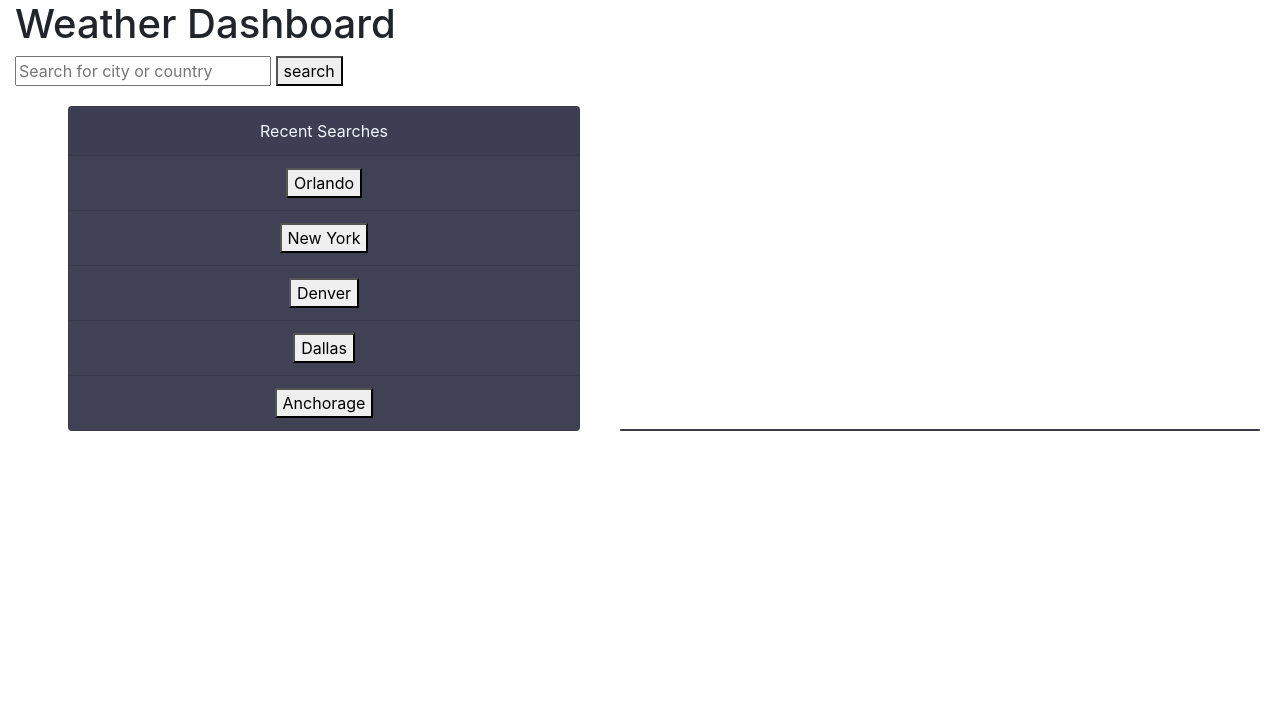
Repository: cobalt88/weather-forecast-app
Page: index.html
The author's editor kept a copy of each file at every save. The page is drawn from the files as they stood at one save, then again after the next save.
The browser window is 1280 px wide. The pictures show the whole page.
The page's requests for data from a server got no answer. Some web libraries are served in a nearby version.

Above is the page before, as saved 2022-05-23 11:56:11.

After the next save:
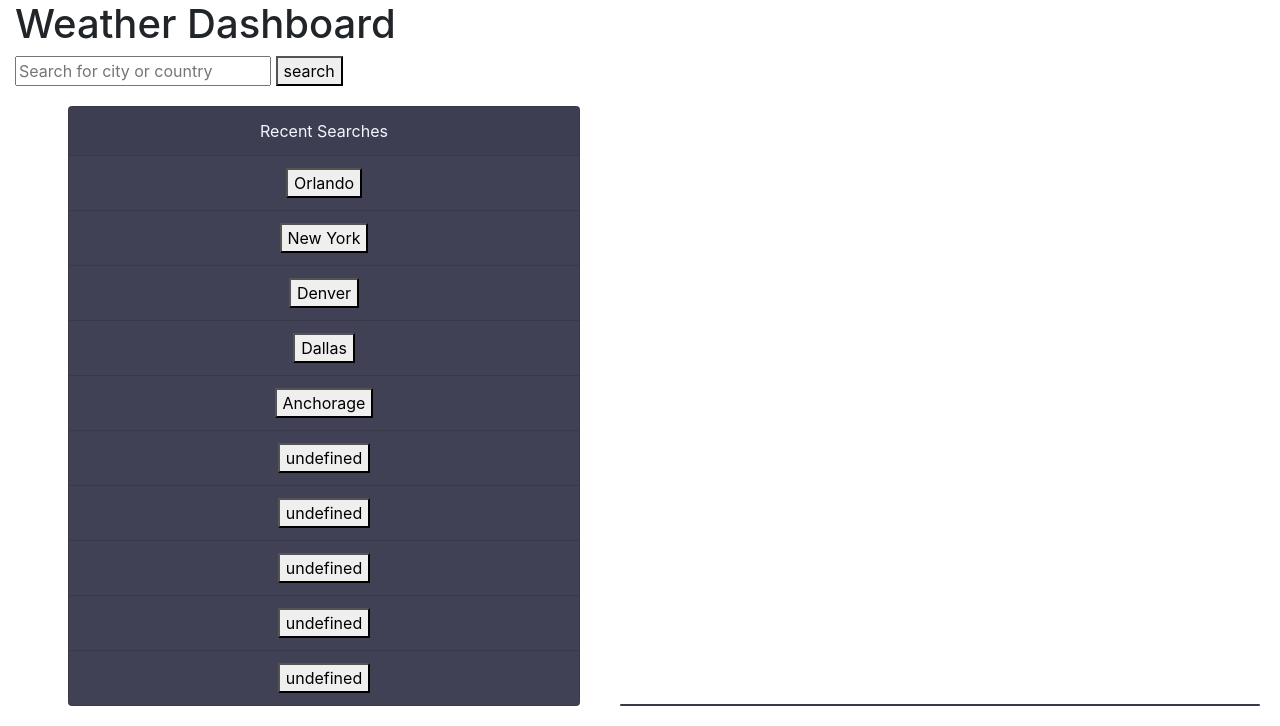
Saved 57 s later.
--- a/assets/logic_2.js
+++ b/assets/logic_2.js
@@ -140,7 +140,7 @@
 
 function displayHistory() {
   history.innerHTML = '';
-for(var i = 0; i < 5; i++) {
+for(var i = 0; i < 10; i++) {
   history.innerHTML +=  `<li class="list-group-item"><button type="button" class="list-button">${historyArr[i]}</button></li>`;
   }
 }

After the save that followed:
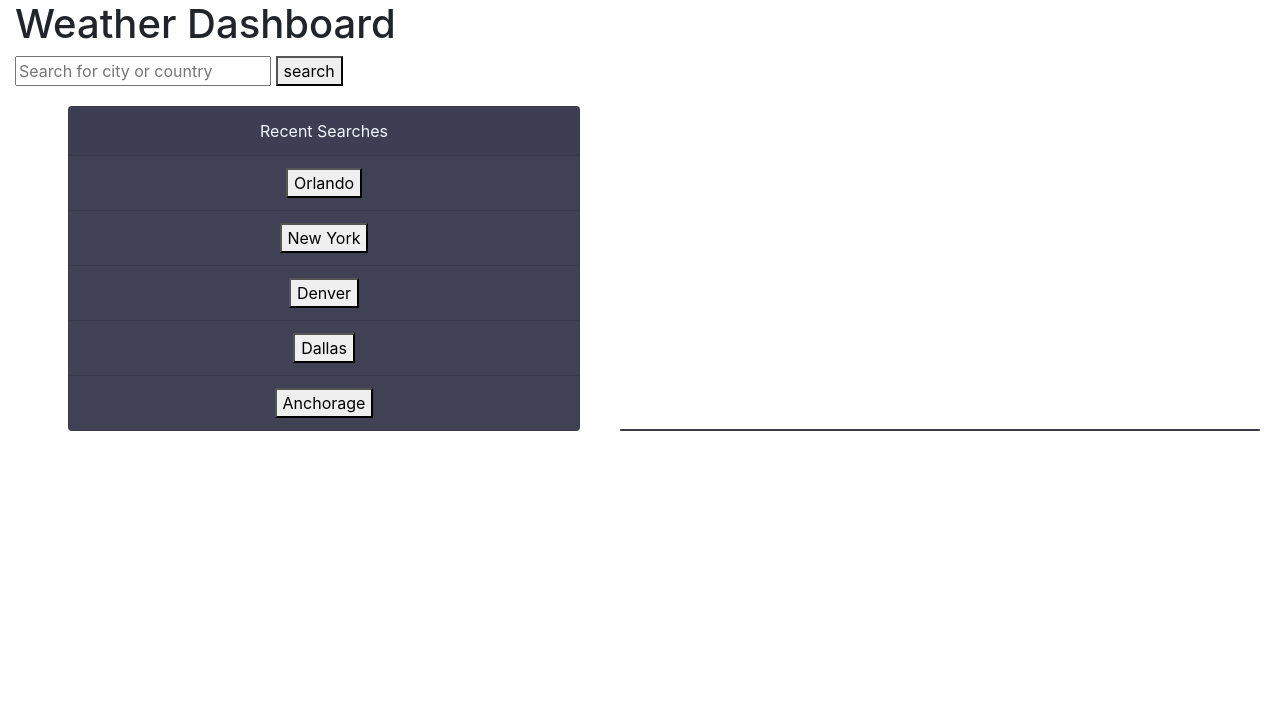
Saved 21 s later.
--- a/assets/logic_2.js
+++ b/assets/logic_2.js
@@ -140,7 +140,7 @@
 
 function displayHistory() {
   history.innerHTML = '';
-for(var i = 0; i < 10; i++) {
+for(var i = 0; i < 5; i++) {
   history.innerHTML +=  `<li class="list-group-item"><button type="button" class="list-button">${historyArr[i]}</button></li>`;
   }
 }
